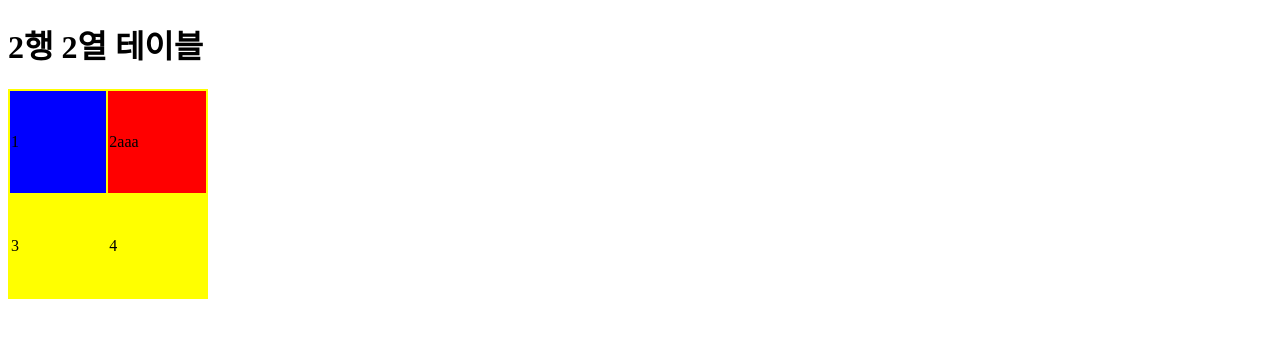
Repository: ssj5037/Class-Study
Page: [5] HTML, CSS, JavaScript/ClientTest/WebContent/Ex14_table.html
An editor plug-in stored every save of this project. The page is shown before and after the next save, followed by the edit.
The browser window is 1280 px wide. The pictures show the whole page.

Above is the page before, as saved 2020-06-19 07:20:31.

### [5] HTML, CSS, JavaScript/ClientTest/WebContent/Ex14_table.html
<!DOCTYPE html>
<html>
<head>
<meta charset="UTF-8">
<title>Insert title here</title>
</head>
<body>
	<!--

		Ex14_table.html

		<table>, 표
		- 표 만들 때 사용
		- 레이아웃 만들 때 사용 -> 잘 안씀 -> <div> + CSS 사용

		1. <table>
			- 큰 상자
			- 전체 컨테이너
		2. <tr>
			- 중간 상자
			- 행 역할
		3. <td>
			- 작은 상자
			- 셀 역할
			- 테이블의 데이터는 <td>가 가진다.

	 -->

	 <h1>2행 2열 테이블</h1>

	 <table border="0" width="200" height="200" bgcolor="yellow">
	 	<tr bgcolor = "red">
	 		<td width="100" height="100" bgcolor="blue">1</td>
	 		<td width="100">2aaa</td>
	 	</tr>
	 	<tr>
	 		<td height="100">3</td>
	 		<td>4</td>
	 	</tr>
	 </table>

</body>
</html>

After the next save:
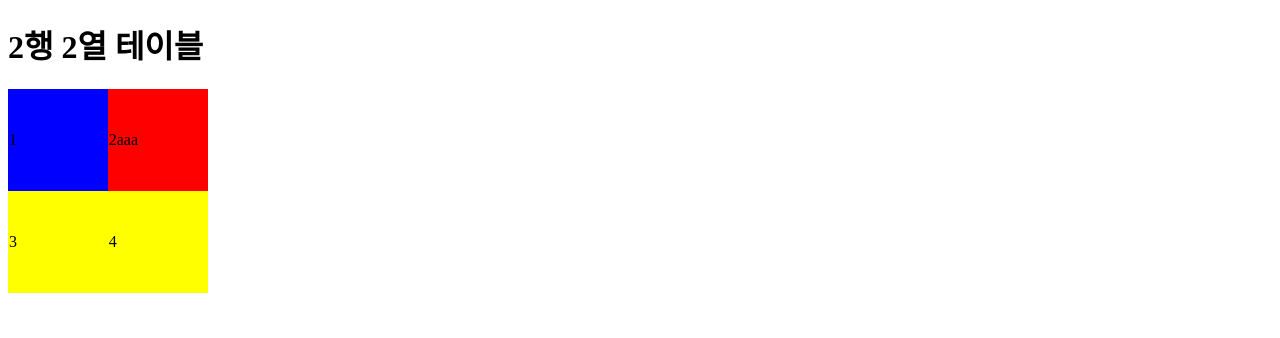
Saved 29 s later.
--- a/[5] HTML, CSS, JavaScript/ClientTest/WebContent/Ex14_table.html
+++ b/[5] HTML, CSS, JavaScript/ClientTest/WebContent/Ex14_table.html
@@ -28,7 +28,7 @@
 
 	 <h1>2행 2열 테이블</h1>
 
-	 <table border="0" width="200" height="200" bgcolor="yellow">
+	 <table border="0" width="200" height="200" bgcolor="yellow" cellspacing="0">
 	 	<tr bgcolor = "red">
 	 		<td width="100" height="100" bgcolor="blue">1</td>
 	 		<td width="100">2aaa</td>
